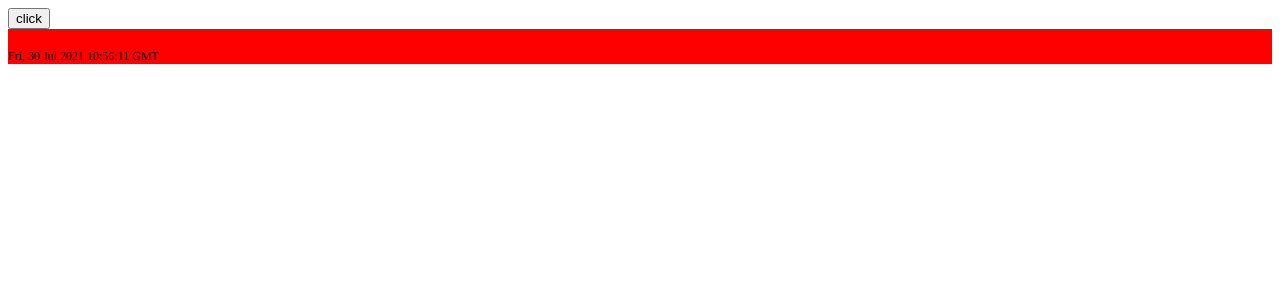
Repository: 572031690/newvue
Page: 学习demo/test.html
The author's editor kept a copy of each file at every save. The page is drawn from the files as they stood at one save, then again after the next save.
The browser window is 1280 px wide. The pictures show the whole page.

Above is the page before, as saved 2021-08-10 16:12:19.

After the next save:
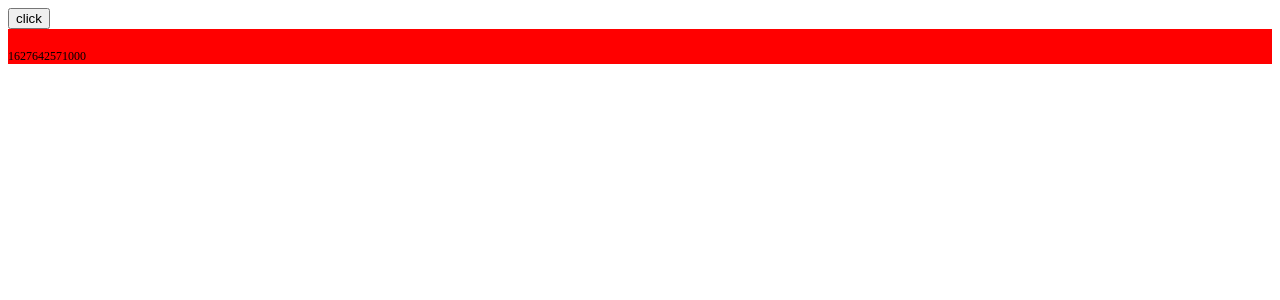
Saved 14 min 37 s later.
--- a/学习demo/test.html
+++ b/学习demo/test.html
@@ -45,7 +45,7 @@
 
                     },
                     getData() {
-                      const unixTimeZero = new Date().toUTCString()
+                      const unixTimeZero = new Date().getTime()
                       let CurrentDate = new Date()
                       return unixTimeZero
                     }
